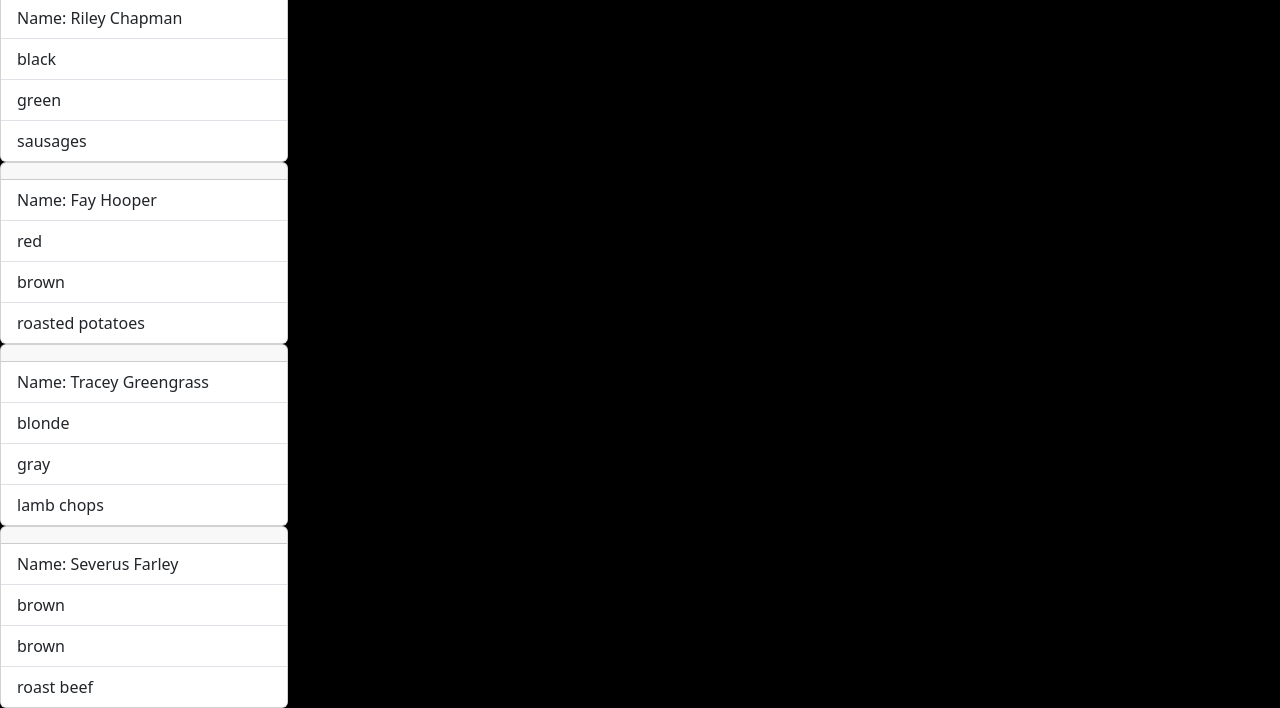
Repository: jontslater/INDIVIDUAL-PROJECT-sorting-hat
Page: index.html
An editor plug-in stored every save of this project. The page is shown before and after the next save, followed by the edit.
The browser window is 1280 px wide. The pictures show the part of the page from y = 541 to 1249 px (the page is 1249 px tall).
A picture or video elsewhere on the page could not be fetched, so the positions and the page height are approximate.

Above is the page before, as saved 2023-10-30 20:04:02.

### index.html
<!DOCTYPE html>
<html lang="en">
<head>
  <meta charset="UTF-8">
  <meta name="viewport" content="width=device-width, initial-scale=1.0">
  <title>SortingHat</title>

  <link href="https://cdn.jsdelivr.net/npm/bootstrap@5.3.2/dist/css/bootstrap.min.css" rel="stylesheet" integrity="sha384-T3c6CoIi6uLrA9TneNEoa7RxnatzjcDSCmG1MXxSR1GAsXEV/Dwwykc2MPK8M2HN" crossorigin="anonymous">
  <link rel="stylesheet" href="main.css">
</head>
<body>
  <div class="card">
    <div class="card-header">
      <img src="https://media.tenor.com/vkDuuNm40XoAAAAd/hogwarts-legacy-warner-bros-interactive-entertainment.gif" alt="">
    </div>
    <div class="card-body">
      <h5 class="card-title">Hello, I am the sorting hat!</h5>
      <p class="card-text">Right. Right then. Hmmmm. Right.... You are going to house .... </p>
      <button id="btn">Click here</button>
      <form id="form" class="names">
       <input type="text" id="firstLast" />First Name
       <input type="text" id="firstLast" />Last Name
       <input type="text" id="firstLast" />Hair color
       <input type="text" id="firstLast" />Eye color
       <input type="text" id="firstLast" />Favorite food
       <button type="submit" class="btn btn-primary">Enter House</button>
     </form>

    </div>
  </div>



  <div>

  </div>



  <div id="app"></div>

  <script src="https://cdn.jsdelivr.net/npm/bootstrap@5.3.2/dist/js/bootstrap.bundle.min.js" integrity="sha384-C6RzsynM9kWDrMNeT87bh95OGNyZPhcTNXj1NW7RuBCsyN/o0jlpcV8Qyq46cDfL" crossorigin="anonymous"></script>
  <script src="main.js"></script>
</body>
</html>

### main.js
const students =[
  {
    id: 1,
    firstName: "Riley",
    lastName: "Chapman",
    hairColor: "black",
    eyeColor: "green",
    favoriteFood: "sausages",
  },
  {
    id: 2,
    firstName: "Fay",
    lastName: "Hooper",
    hairColor: "red",
    eyeColor: "brown",
    favoriteFood: "roasted potatoes",
  },
  {
    id: 3,
    firstName: "Tracey",
    lastName: "Greengrass",
    hairColor: "blonde",
    eyeColor: "gray",
    favoriteFood: "lamb chops",
  },
  {
    id: 3,
    firstName: "Severus",
    lastName: "Farley",
    hairColor: "brown",
    eyeColor: "brown",
    favoriteFood: "roast beef",
  }
]
const app = document.querySelector("#app");
const btn = document.querySelector("#btn");

const renderToDom = (Students) =>{

  let domString = "";

  for(let student of students){

    domString += `<div class="card" style="width: 18rem;">
    <div class="card-header">
    </div>
    <ul class="list-group list-group-flush">

       <li class="list-group-item">Name: ${student.firstName} ${student.lastName}
      <li class="list-group-item">${student.hairColor}
      <li class="list-group-item">${student.eyeColor}
      <li class="list-group-item">${student.favoriteFood}
    </ul>
  </div>`
  }
  const app = document.querySelector("#app")
  app.innerHTML = domString
}

renderToDom(students)

btn.addEventListener("click", () => {
  const form = document.querySelector("form");

  if(form.style.display === "none"){
    form.style.display = "block";
  }else{
    form.style.display = "none";
  }
});

const form = document.querySelector("form");

const createStudent = (event) => {
  event.preventDefault();

  const newStudent = {
    id: students.length +1,
    firstName: document.querySelector("#firstName").value,
    lastName: document.querySelector("#lastName").value,
    hairColor: document.querySelector("hairColor").value,
    eyeColor: document.querySelector("#eyeColor").value,
    favoriteFood: document.querySelector("#favoriteFood").value,
  }
  students.push(newStudent);
  renderToDom(students);
  form.reset();
}
form.addEventListener("submit", createStudent)

Loaded but not shown: main.css (common file)

After the next save:
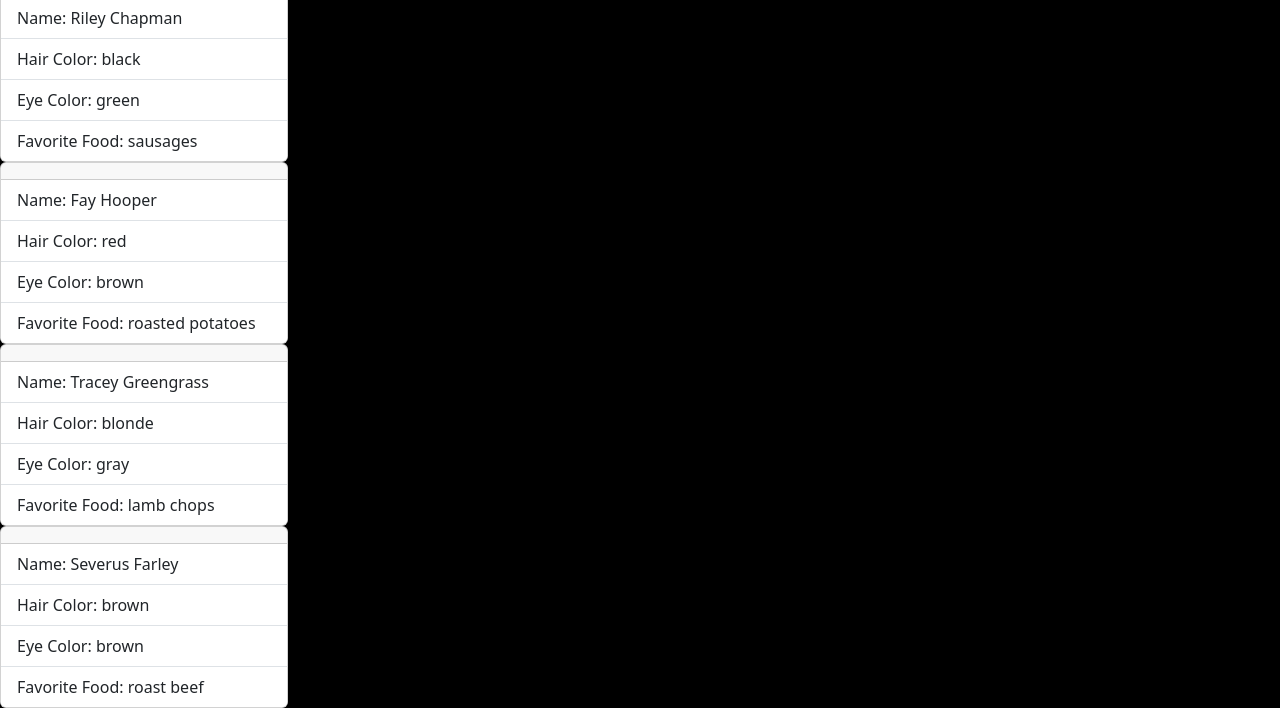
Saved 31 s later.
--- a/main.js
+++ b/main.js
@@ -47,9 +47,9 @@
     <ul class="list-group list-group-flush">
 
        <li class="list-group-item">Name: ${student.firstName} ${student.lastName}
-      <li class="list-group-item">${student.hairColor}
-      <li class="list-group-item">${student.eyeColor}
-      <li class="list-group-item">${student.favoriteFood}
+      <li class="list-group-item">Hair Color: ${student.hairColor}
+      <li class="list-group-item">Eye Color: ${student.eyeColor}
+      <li class="list-group-item">Favorite Food: ${student.favoriteFood}
     </ul>
   </div>`
   }
